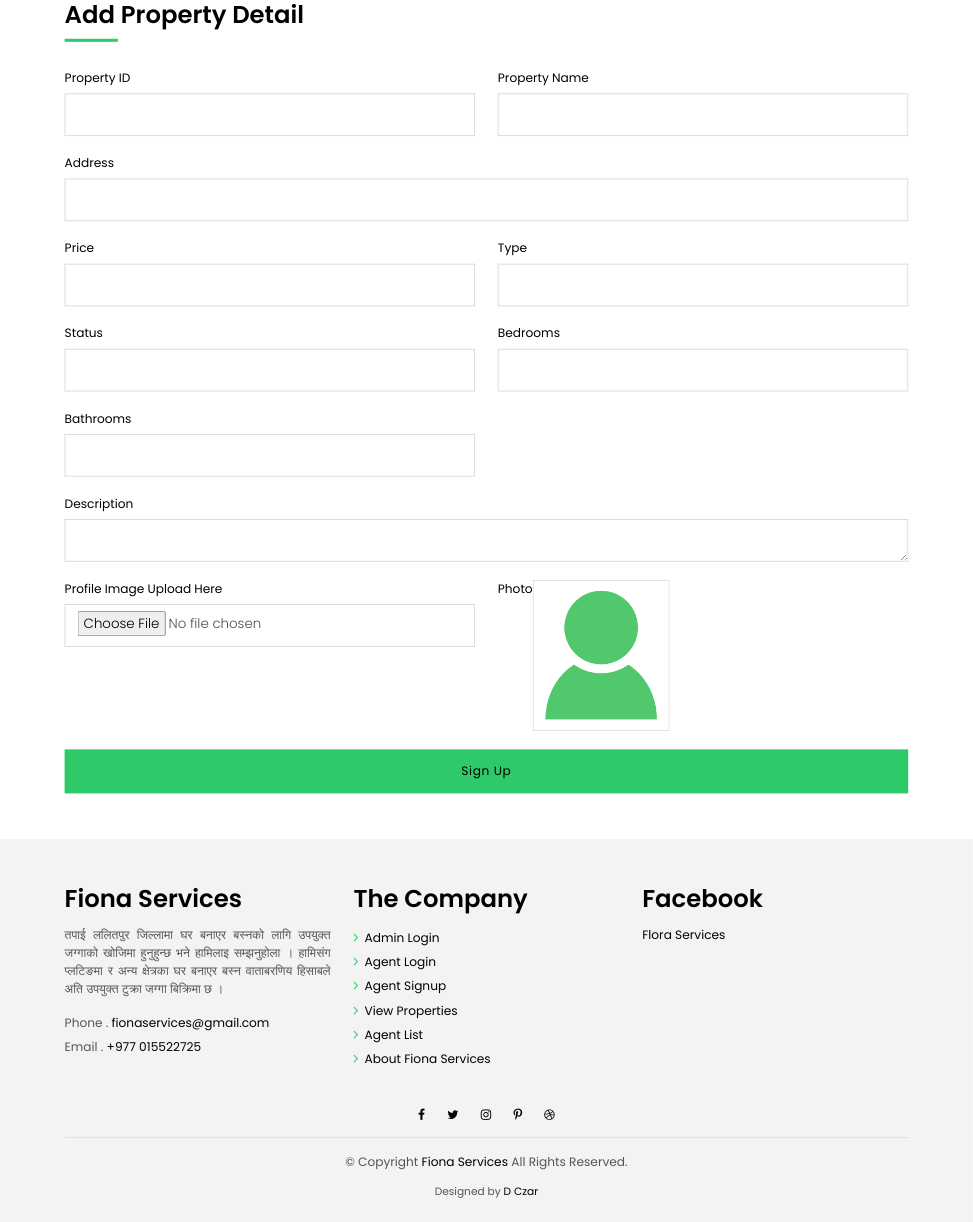
Repository: Sjuicyy/realstate
Page: Add-Property.html
The author's editor kept a copy of each file at every save. The page is drawn from the files as they stood at one save, then again after the next save.
The browser window is 1280 px wide. The pictures show the whole page, at 76% of full size.

Above is the page before, as saved 2022-10-13 15:52:49.

After the next save:
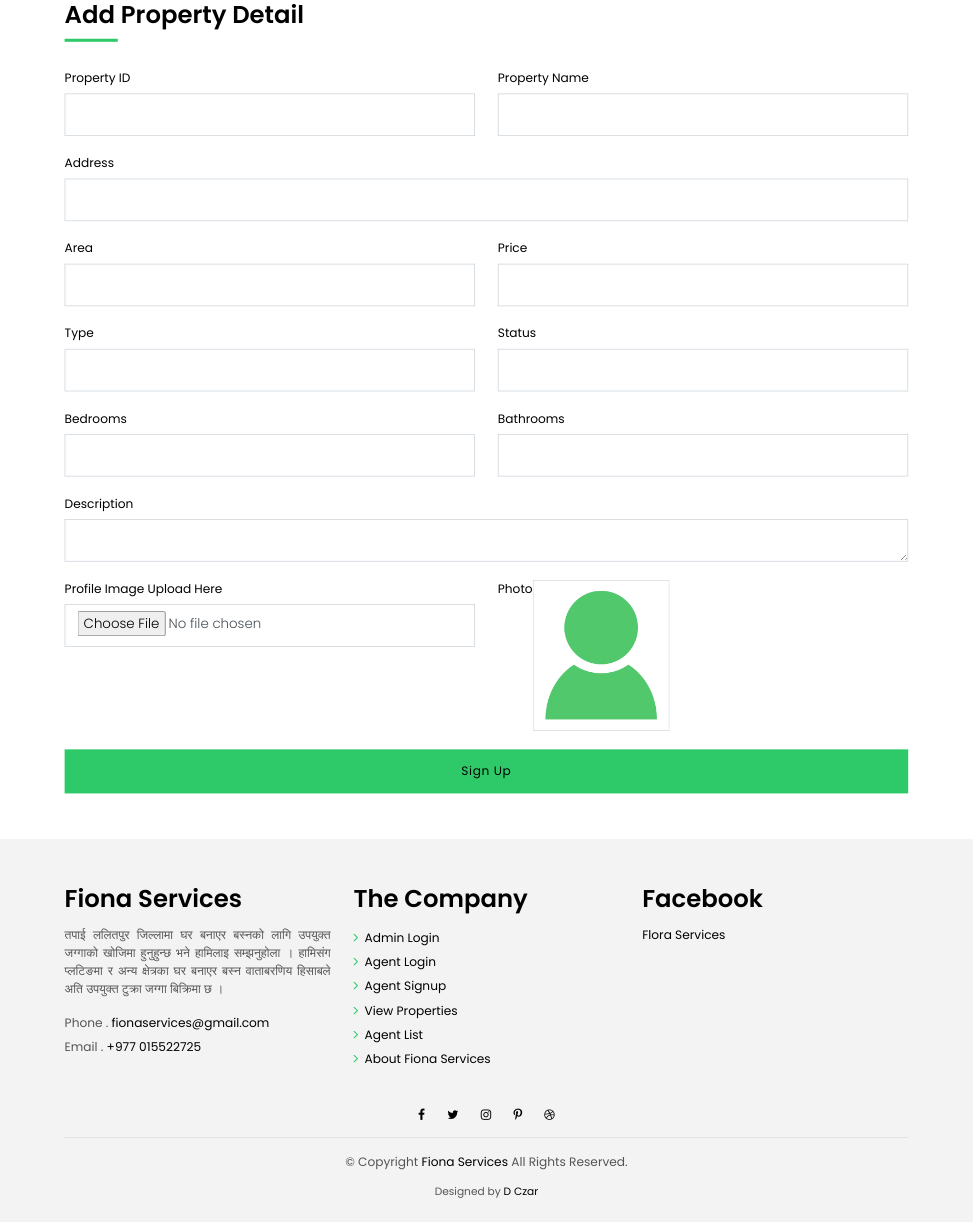
Saved 4 s later.
--- a/Add-Property.html
+++ b/Add-Property.html
@@ -135,7 +135,12 @@
                   name="Name">
               </div>
             </div>
-
+            <div class="col-md-6 mb-2">
+              <div class="form-group">
+                <label for="city">Area</label>
+                <input type="number" class="form-control form-control-lg form-control-a" name="Phone">
+              </div>
+            </div>
             <div class="col-md-6 mb-2">
               <div class="form-group">
                 <label for="city">Price</label>
